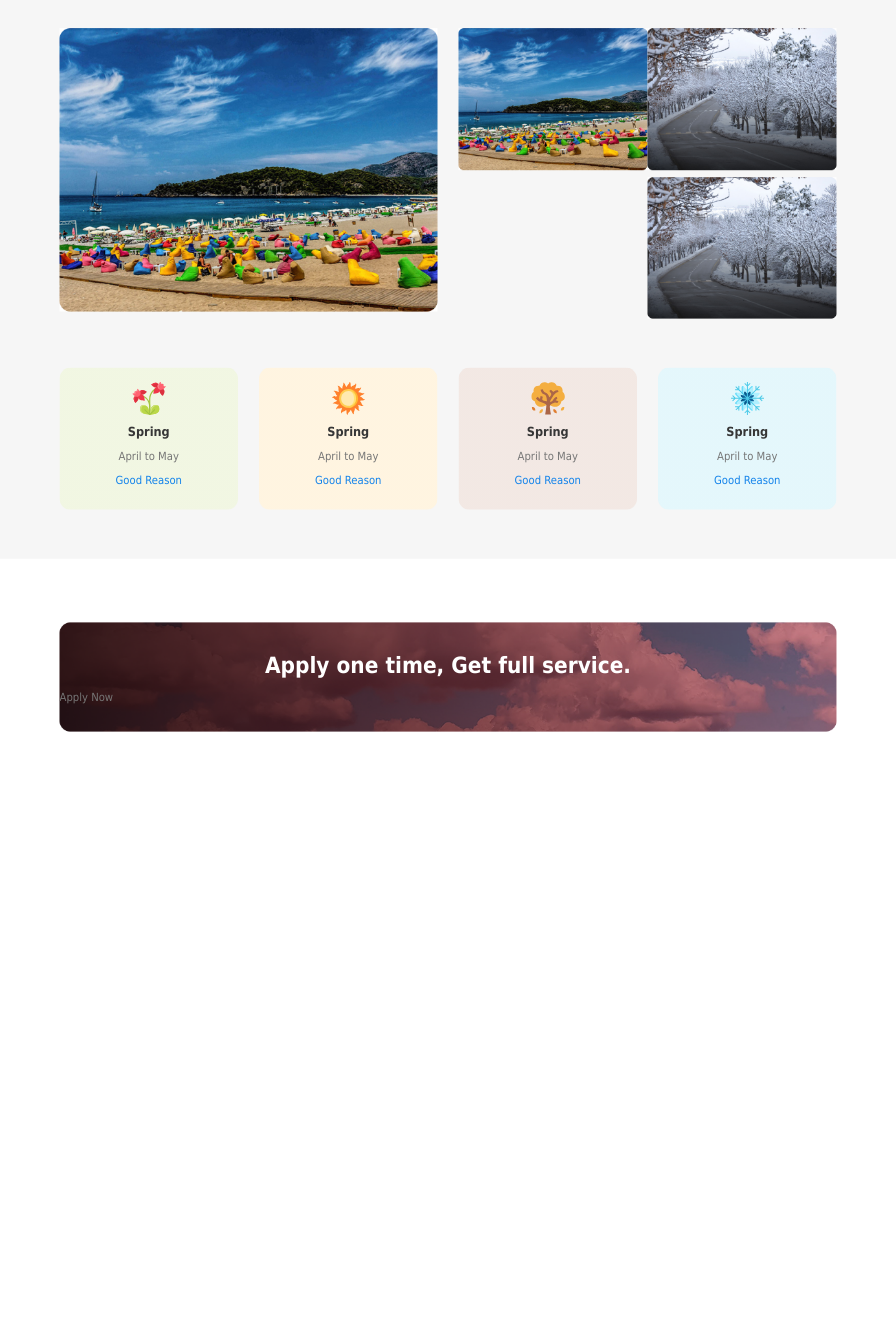
Repository: cvminhquan/turkey
Page: index.html
These files come from the project's save history. The page is drawn as it stood at one moment and after the next save; the edit follows.
The browser window is 1280 px wide. The pictures show the part of the page from y = 3013 to 4933 px (the page is 30000 px tall), at 70% of full size.
The style sheet was rebuilt from its Sass, Less or Tailwind sources for each picture, by a compiler version that may differ from the author's.

Above is the page before, as saved 2022-09-15 23:00:39.

After the next save:
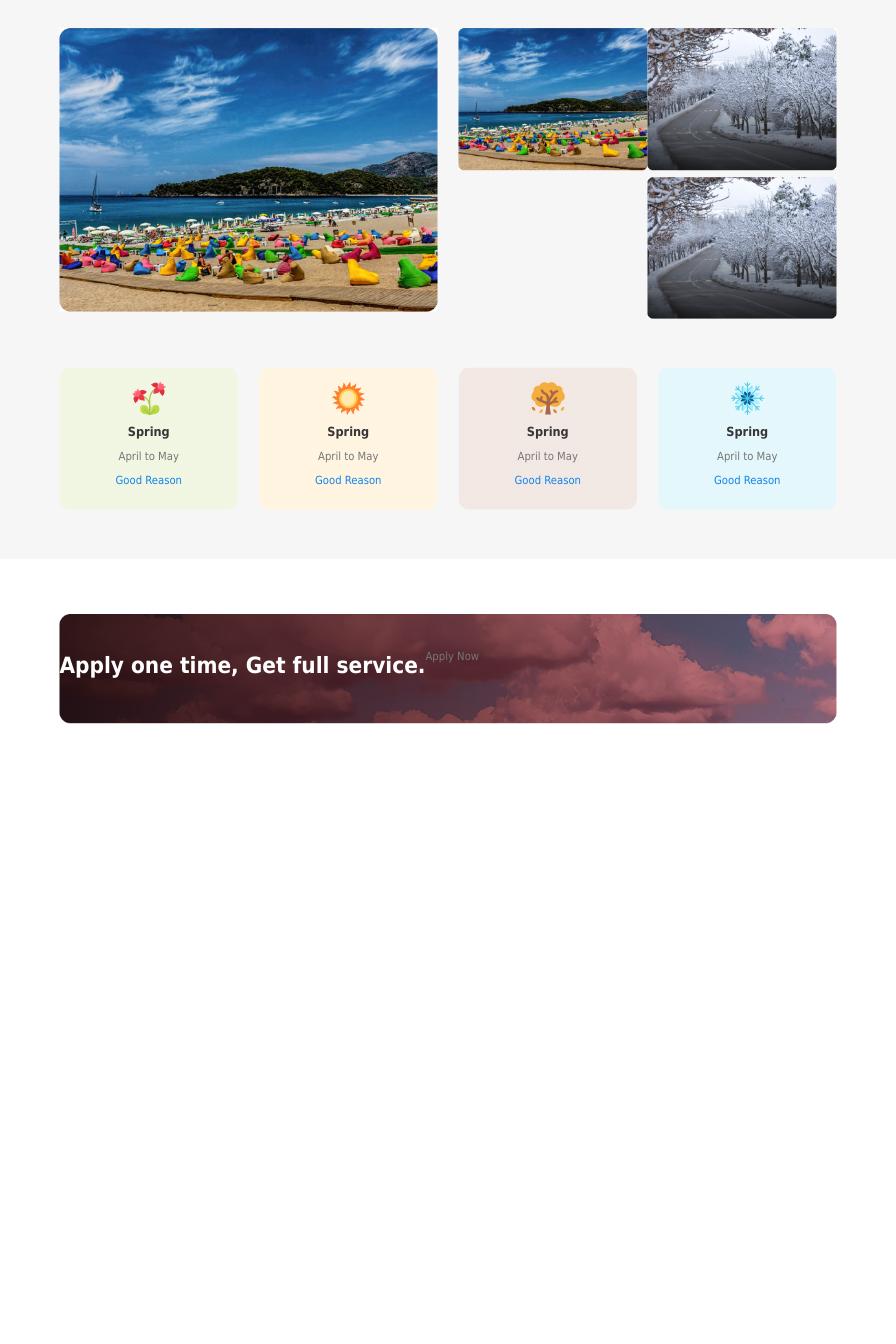
Saved 25 s later.
--- a/index.html
+++ b/index.html
@@ -244,7 +244,7 @@
         <section id="whychooseus" class="whychooseus">
             <div>
                 <div class="container">
-                    <div class="ad-infor">
+                    <div class="ad-infor d-flex">
                         <p class="text-center ad-infor-title">Apply one time, Get full service.</p>
                         <a href="">Apply Now</a>
                     </div>
